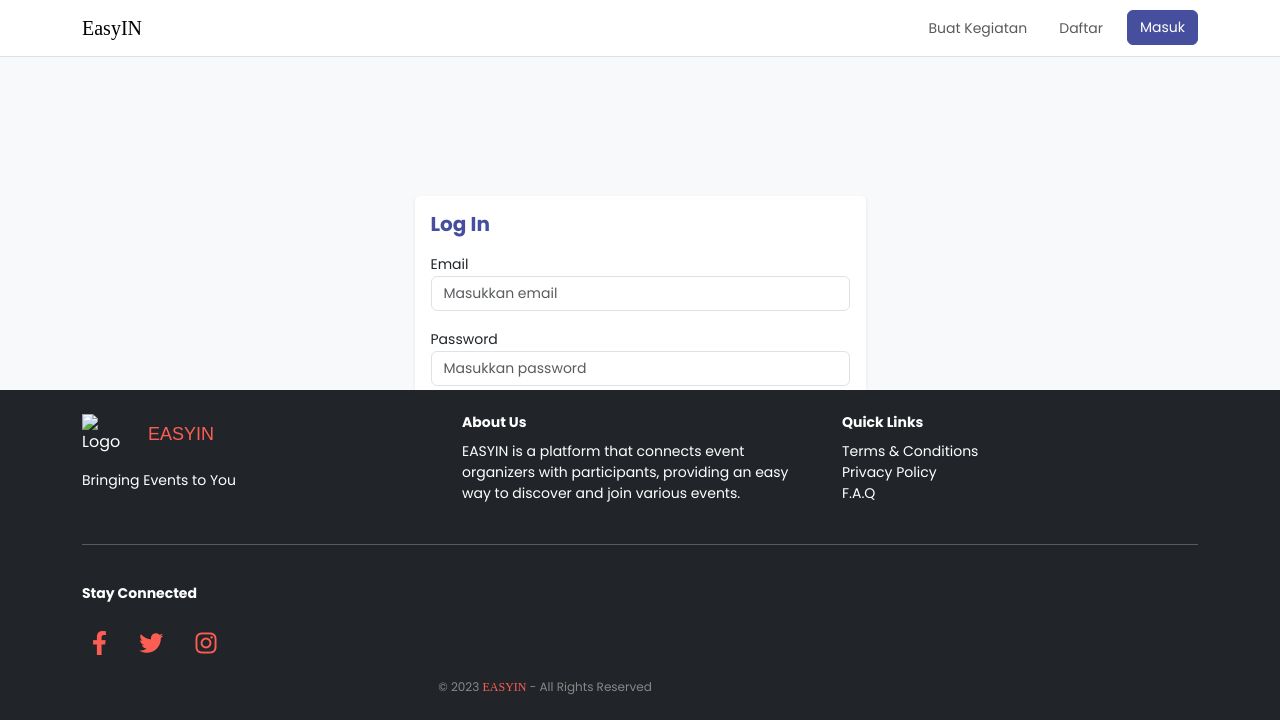
Repository: Imadaaa/Ticketing_Online
Page: http://localhost/login
An editor plug-in stored every save of this project. The page is shown before and after the next save, followed by the edit.
The browser window is 1280 px wide. The pictures show the whole page.
Some web fonts or font styles are not loaded; a fallback is used. The page is served by the project's Laravel application, run on PHP 8.4 with Laravel 10.

Above is the page before, as saved 2023-08-22 02:34:43.
Console error: ReferenceError: $ is not defined

After the next save:
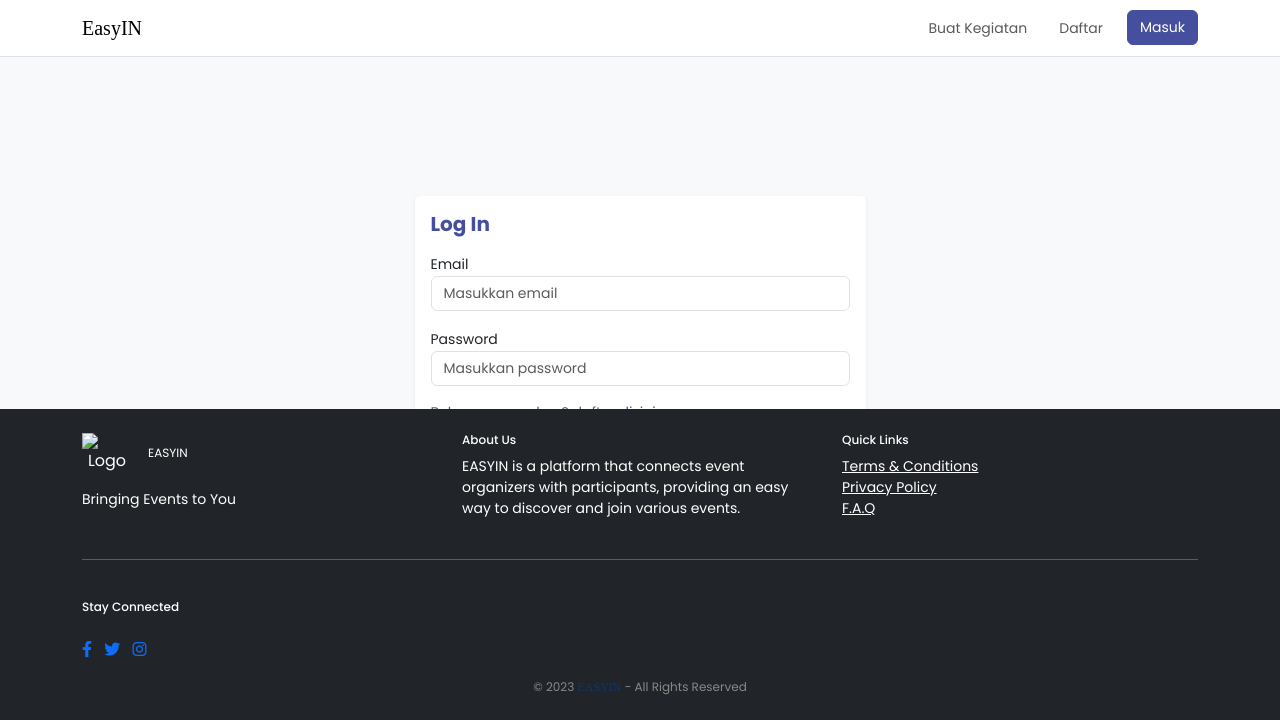
Saved 3 min 28 s later.
--- a/resources/views/template/landing-page/partials/_footer.blade.php
+++ b/resources/views/template/landing-page/partials/_footer.blade.php
@@ -1,51 +1,8 @@
 <footer class="bg-dark text-white py-4 {{ request()->is('login') || request()->is('register') ? 'footer-fixed' : '' }}">
-    <style>
-        .footer-fixed {
-            position: absolute;
-            bottom: 0;
-            width: 100%;
-        }
-
-        .unique-font {
-            font-family: 'Audiowide', sans-serif;
-            font-size: 18px;
-            color: #fd5e53;
-            margin-bottom: 5px;
-        }
-
-        .social-link {
-            font-size: 24px;
-            color: #fd5e53;
-            margin: 0 10px;
-            transition: transform 0.3s ease-in-out;
-        }
-
-        .social-link:hover {
-            transform: scale(1.2);
-        }
-
-        .footer-heading {
-            font-size: 14px;
-            font-weight: bold;
-            color: #fff;
-            margin-bottom: 10px;
-        }
-
-        .footer-link {
-            color: #fff;
-            text-decoration: none;
-            transition: color 0.3s ease-in-out;
-        }
-
-        .footer-link:hover {
-            color: #fd5e53;
-        }
-    </style>
-
     <div class="container">
         <div class="row">
             <div class="col-md-4">
-                <div class="d-flex align-items-center">
+                <div class="d-flex align-items-center text-center">
                     <img src="{{ asset('storage/img/logo/Steam_icon.png') }}" alt="Logo" class="logo me-3"
                         style="max-width: 50px;">
                     <p class="fs-12 mb-0 unique-font">EASYIN</p>
@@ -53,37 +10,36 @@
                 <p class="mt-3 fs-14">Bringing Events to You</p>
             </div>
             <div class="col-md-4">
-                <h5 class="footer-heading">About Us</h5>
+                <h5 class="fs-12">About Us</h5>
                 <p class="fs-14">EASYIN is a platform that connects event organizers with participants, providing an
                     easy way to discover and join various events.</p>
             </div>
             <div class="col-md-4">
-                <h5 class="footer-heading">Quick Links</h5>
+                <h5 class="fs-12">Quick Links</h5>
                 <ul class="list-unstyled fs-14">
-                    <li><a href="#" class="footer-link">Terms & Conditions</a></li>
-                    <li><a href="#" class="footer-link">Privacy Policy</a></li>
-                    <li><a href="#" class="footer-link">F.A.Q</a></li>
+                    <li><a href="#" class="text-white">Terms & Conditions</a></li>
+                    <li><a href="#" class="text-white">Privacy Policy</a></li>
+                    <li><a href="#" class="text-white">F.A.Q</a></li>
                 </ul>
             </div>
         </div>
         <hr class="my-4">
         <div class="row">
             <div class="col-md-10 mt-3">
-                <h5 class="footer-heading mb-4">Stay Connected</h5>
+                <h5 class="fs-12 mb-4">Stay Connected</h5>
                 <ul class="list-inline social-icons">
-                    <li class="list-inline-item"><a href="#" class="social-link"><i
-                                class="fab fa-facebook-f"></i></a></li>
-                    <li class="list-inline-item"><a href="#" class="social-link"><i
-                                class="fab fa-twitter"></i></a></li>
-                    <li class="list-inline-item"><a href="#" class="social-link"><i
-                                class="fab fa-instagram"></i></a></li>
+                    <li class="list-inline-item"><a href="#" class="social-link"><i class="fab fa-facebook-f"></i></a>
+                    </li>
+                    <li class="list-inline-item"><a href="#" class="social-link"><i class="fab fa-twitter"></i></a></li>
+                    <li class="list-inline-item"><a href="#" class="social-link"><i class="fab fa-instagram"></i></a>
+                    </li>
                 </ul>
             </div>
         </div>
         <div class="row">
-            <div class="col-md-10 text-center">
+            <div class="col-md-12 text-center">
                 <p class="fs-12 mb-0" style="color: #888;">&copy; {{ date('Y') }} <span class="text-title"
-                        style="color: #fd5e53;">EASYIN</span> - All Rights Reserved</p>
+                        style="color: #0f356f;">EASYIN</span> - All Rights Reserved</p>
             </div>
         </div>
     </div>
